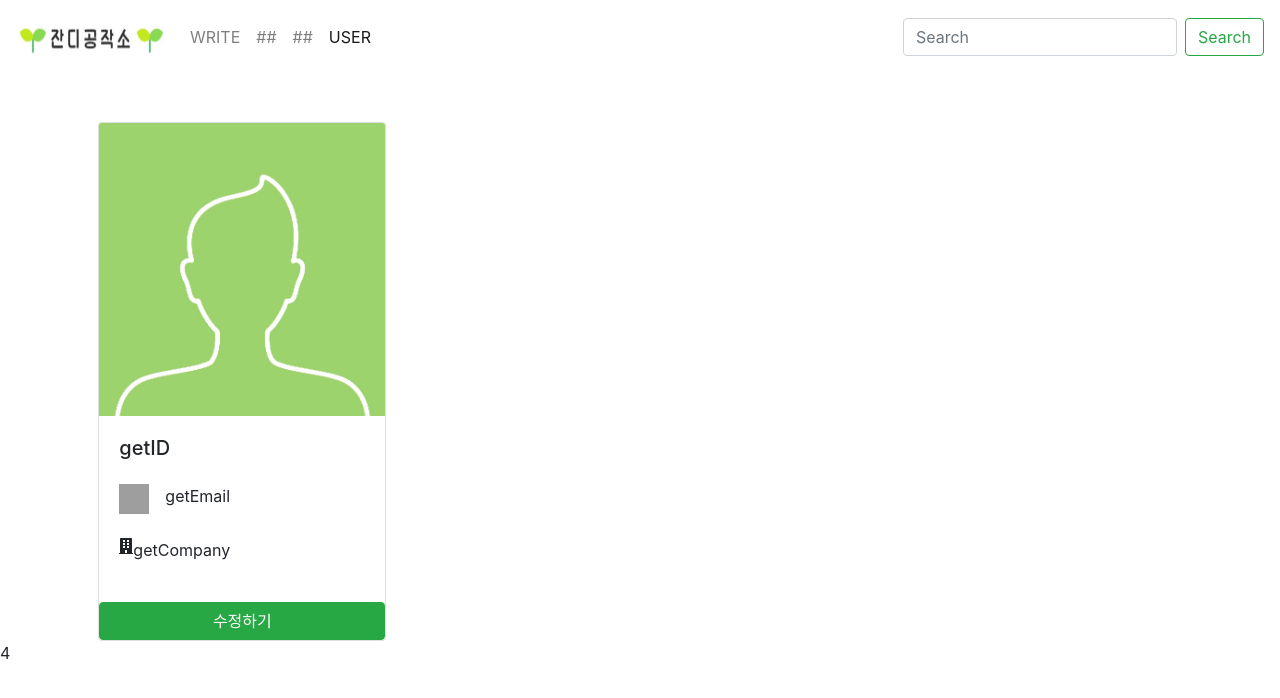
Repository: guddus326/Grass_Farm
Page: http://localhost/Grass_Farm/User.jsp
These files come from the project's save history. The page is drawn as it stood at one moment and after a run of saves; the edit follows.
The browser window is 1280 px wide. The pictures show the whole page.
Pictures or frames that could not be fetched are drawn as grey boxes. Some icons come from a web library that is not loaded, so they are not drawn. Some web libraries are served in a nearby version. The page is served by Tomcat 9.

Above is the page before, as saved 2020-11-08 19:13:43.

After the next 2 saves:
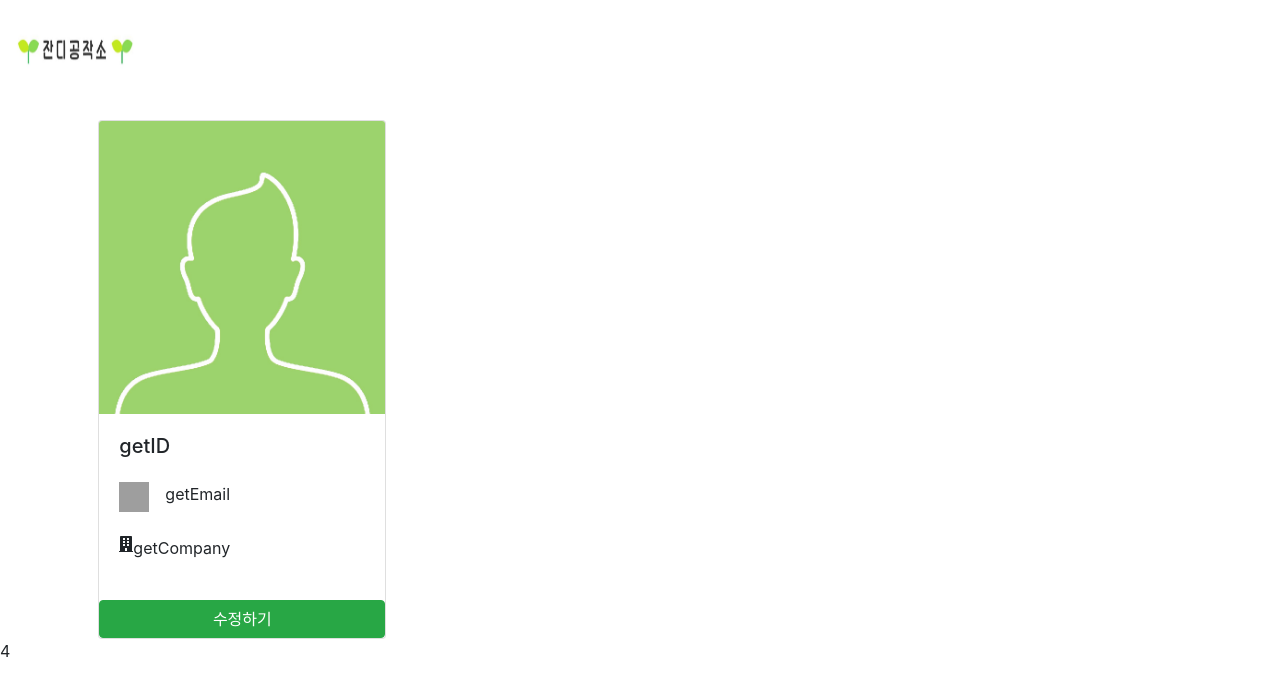
The 2 saves are shown as one change because 1 did not build or start.
The last was saved 70 s later.
--- a/Grass_Farm/Grass_Farm/WebContent/User.jsp
+++ b/Grass_Farm/Grass_Farm/WebContent/User.jsp
@@ -39,21 +39,32 @@
 </head>
 <body>
 <div class="flex-grow-1 d-flex flex-column">
-	<nav class="navbar navbar-expand-lg navbar-light">
-		<a class="navbar-brand" href="Main.jsp">
-			<img alt="Brand" width=150px; height=40px; style="margin-top: 8px;" src="./img/logo.JPG">
-		</a>
-		<ul class="navbar-nav mr-auto mt-2 mt-lg-0">
-			<li class="nav-item"><a class="nav-link" href="Write.jsp" class="nav-link">WRITE</a></li>
-			<li class="nav-item"><a class="nav-link" href="#" class="nav-link">##</a></li>
-			<li class="nav-item"><a class="nav-link" href="#" class="nav-link">##</a></li>
-			<li class="nav-item active"><a class="nav-link" href="Users.jsp" class="nav-link">USER <span class="sr-only">(current)</span></a></li>
-		</ul>
-		<form class="form-inline my-2 my-lg-0">
-        	<input class="form-control mr-sm-2" type="search" placeholder="Search">
-            <button class="btn btn-outline-success my-2 my-sm-0" type="submit">Search</button>
-        </form>
-	</nav>
+	    <nav class="navbar-fixed-top navbar-default">
+    	<div class="container-fluid">
+    		<div class="navbar-header">
+            	<a class="navbar-brand" href="#">
+                	<span class="glyphicon glyphicon-align-left" aria-hidden="true"></span>
+                </a>
+             </div>
+			<div class="navbar-header">
+            	<a href="Index.jsp"><img alt="Brand" width=120px; height=40px;" style="margin-top: 8px;" src="./img/logo.JPG"></a>
+			</div>
+          	<div class="collapse navbar-collapse" id="bs-example-navbar-collapse-1">
+      			<ul class="nav navbar-nav">
+              		<li><a href="Write.jsp">WRITE</a></li>
+              		<li><a href="#">##</a></li>
+              		<li><a href="#">##</a></li>
+              		<li><a href="User.jsp">USER</a></li>
+            	</ul>
+          <form class="navbar-form navbar-right" role="search" action="Search.jsp">
+          	<div class="form-group">
+          		<input type="text" class="form-control" placeholder="Search" name="userName">
+        	</div>
+        	<button type="submit" class="btn btn-default">Submit</button>
+      	  </form>
+          </div><!-- /.navbar-collapse -->
+        </div><!-- /.container-fluid -->
+    </nav>
 	<!-- 메뉴바 끝 -->
 	<div class="container-fluid">
 		<div class="row">

After the save that followed:
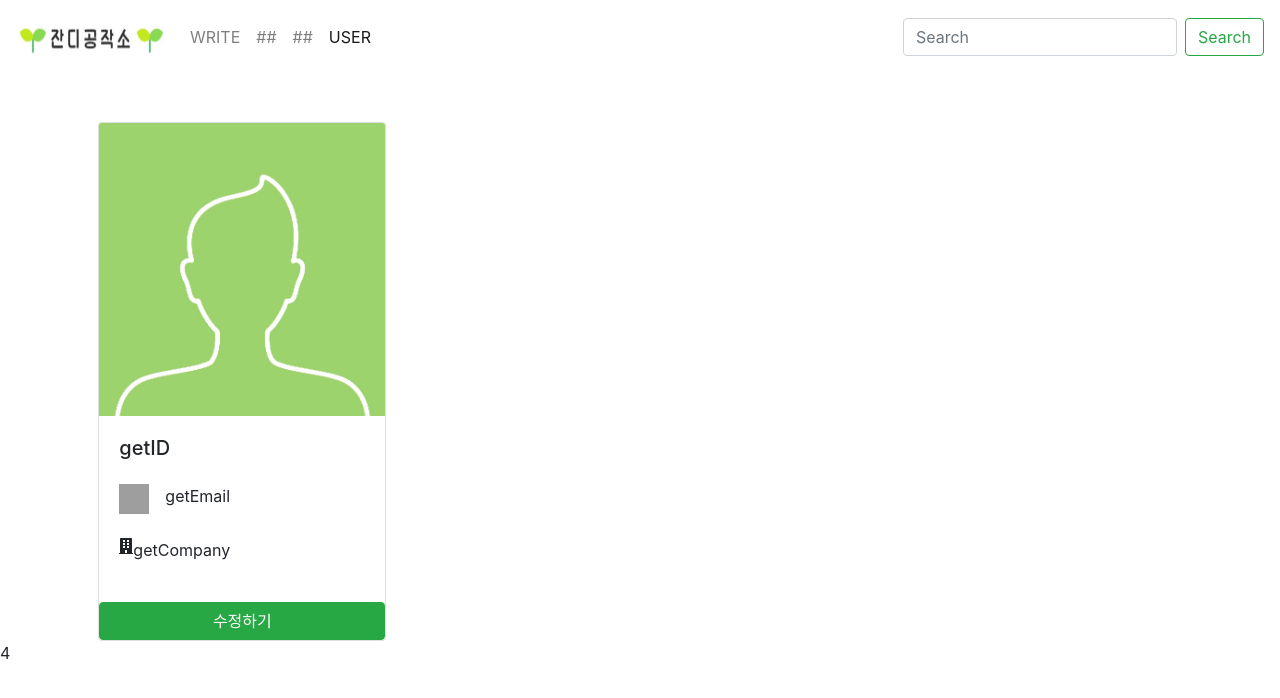
Saved 8 s later.
--- a/Grass_Farm/Grass_Farm/WebContent/User.jsp
+++ b/Grass_Farm/Grass_Farm/WebContent/User.jsp
@@ -39,32 +39,21 @@
 </head>
 <body>
 <div class="flex-grow-1 d-flex flex-column">
-	    <nav class="navbar-fixed-top navbar-default">
-    	<div class="container-fluid">
-    		<div class="navbar-header">
-            	<a class="navbar-brand" href="#">
-                	<span class="glyphicon glyphicon-align-left" aria-hidden="true"></span>
-                </a>
-             </div>
-			<div class="navbar-header">
-            	<a href="Index.jsp"><img alt="Brand" width=120px; height=40px;" style="margin-top: 8px;" src="./img/logo.JPG"></a>
-			</div>
-          	<div class="collapse navbar-collapse" id="bs-example-navbar-collapse-1">
-      			<ul class="nav navbar-nav">
-              		<li><a href="Write.jsp">WRITE</a></li>
-              		<li><a href="#">##</a></li>
-              		<li><a href="#">##</a></li>
-              		<li><a href="User.jsp">USER</a></li>
-            	</ul>
-          <form class="navbar-form navbar-right" role="search" action="Search.jsp">
-          	<div class="form-group">
-          		<input type="text" class="form-control" placeholder="Search" name="userName">
-        	</div>
-        	<button type="submit" class="btn btn-default">Submit</button>
-      	  </form>
-          </div><!-- /.navbar-collapse -->
-        </div><!-- /.container-fluid -->
-    </nav>
+	<nav class="navbar navbar-expand-lg navbar-light">
+		<a class="navbar-brand" href="Main.jsp">
+			<img alt="Brand" width=150px; height=40px; style="margin-top: 8px;" src="./img/logo.JPG">
+		</a>
+		<ul class="navbar-nav mr-auto mt-2 mt-lg-0">
+			<li class="nav-item"><a class="nav-link" href="Write.jsp" class="nav-link">WRITE</a></li>
+			<li class="nav-item"><a class="nav-link" href="#" class="nav-link">##</a></li>
+			<li class="nav-item"><a class="nav-link" href="#" class="nav-link">##</a></li>
+			<li class="nav-item active"><a class="nav-link" href="Users.jsp" class="nav-link">USER <span class="sr-only">(current)</span></a></li>
+		</ul>
+		<form class="form-inline my-2 my-lg-0">
+        	<input class="form-control mr-sm-2" type="search" placeholder="Search">
+            <button class="btn btn-outline-success my-2 my-sm-0" type="submit">Search</button>
+        </form>
+	</nav>
 	<!-- 메뉴바 끝 -->
 	<div class="container-fluid">
 		<div class="row">
